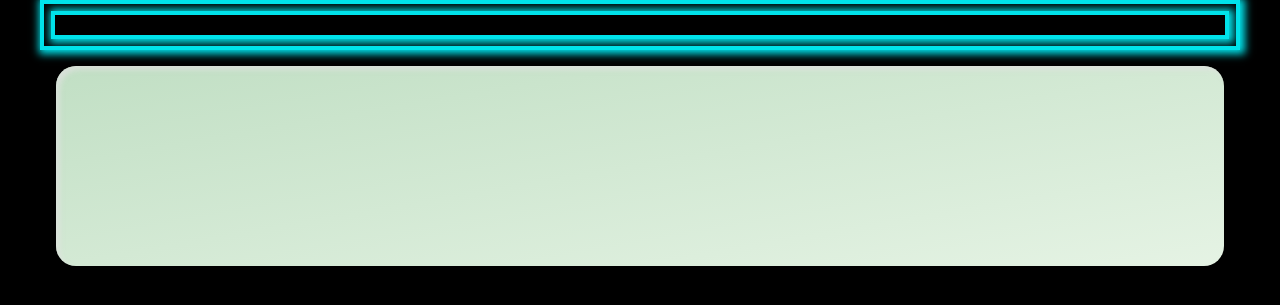
Repository: KhangNguyen3006/WebUI-UX
Page: /
The author's editor kept a copy of each file at every save. The page is drawn from the files as they stood at one save, then again after the next save.
The browser window is 1280 px wide. The pictures show the whole page.
The project was rebuilt for these pictures with package versions that can differ from the ones it lists, and the page was loaded fresh each time. Also part of the build but not shown: src/App.css.

Above is the page before, as saved 2023-05-04 00:03:03.

After the next save:
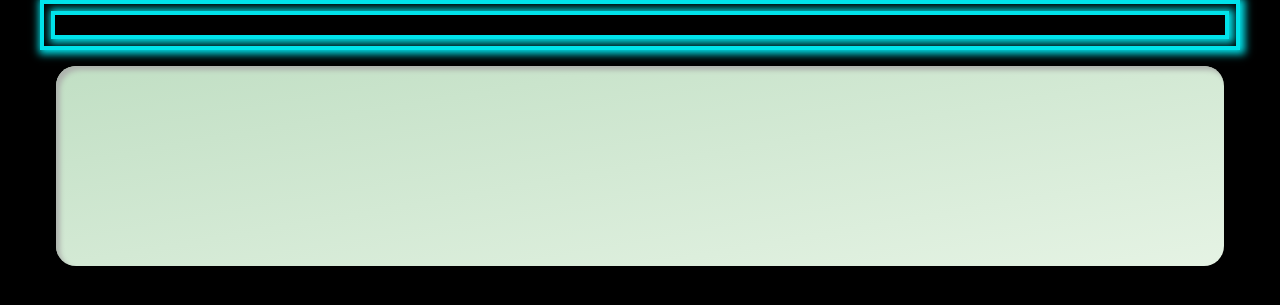
Saved 37 s later.
--- a/src/assets/css/Home.css
+++ b/src/assets/css/Home.css
@@ -13,7 +13,7 @@
 .rectangle-linear-gradient {
     height: 200px;
     border-radius: 20px;
-    box-shadow:inset 4px 4px 5px rgba(225, 225, 225, 0.7);
+    box-shadow:inset 4px 4px 5px #ADB2AD;
     background-image: linear-gradient(to bottom right, #C1DFC4, #E5F3E4);
 }
 
